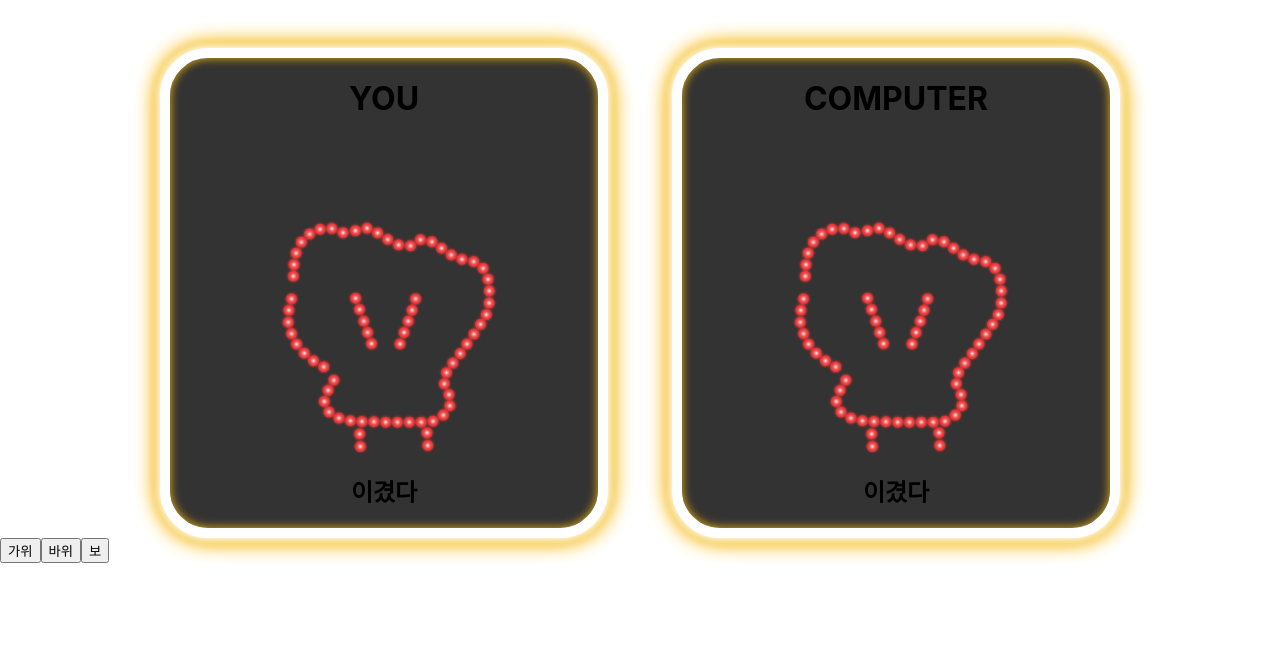
Repository: KIMMIHYE12/classComponent
Page: /
These files come from the project's save history. The page is drawn as it stood at one moment and after the next save; the edit follows.
The browser window is 1280 px wide. The pictures show the whole page.
The project was rebuilt for these pictures with package versions that can differ from the ones it lists, and the page was loaded fresh each time.

Above is the page before, as saved 2024-03-18 21:03:13.

### src/App.js
import "./App.css";
import { Box } from "./component/Box";

function App() {
  return (
    <div className='content'>
      <div className='game_screen'>
        <Box title='YOU' />
        <Box title='COMPUTER' />
      </div>
      <div>
        <button>가위</button>
        <button>바위</button>
        <button>보</button>
      </div>
    </div>
  );
}

export default App;

### src/App.css
* {
  box-sizing: border-box;
}

.content {
  padding: 3em 0;
}
.game_screen {
  width: 100%;
  display: flex;
  justify-content: center;
}
.box {
  width: 35%;
  display: flex;
  align-items: center;
  flex-direction: column;
  margin: 0 2em;
  border: 10px solid #fff;
  background: #333;
  border-radius: 3rem;
  box-shadow: 0 0 10px #fff, 0 0 10px #fff, 0 0 24px #f5b70c, 0 0 16px #f5b70c,
    0 0 24px #f5b70c, inset 0 0 10px #f5b70c;
}
img {
  width: 70%;
}

### src/component/Box.js
import React from "react";

export const Box = (props) => {
  console.log(props);
  return (
    <div className='box'>
      <h1>{props.title}</h1>
      <img src='/images/rock.png' />
      <h2>이겼다</h2>
    </div>
  );
};

Loaded but not shown: public/index.html (common file); src/index.js (common file); src/index.css (common file); src/reportWebVitals.js (common file)

After the next save:
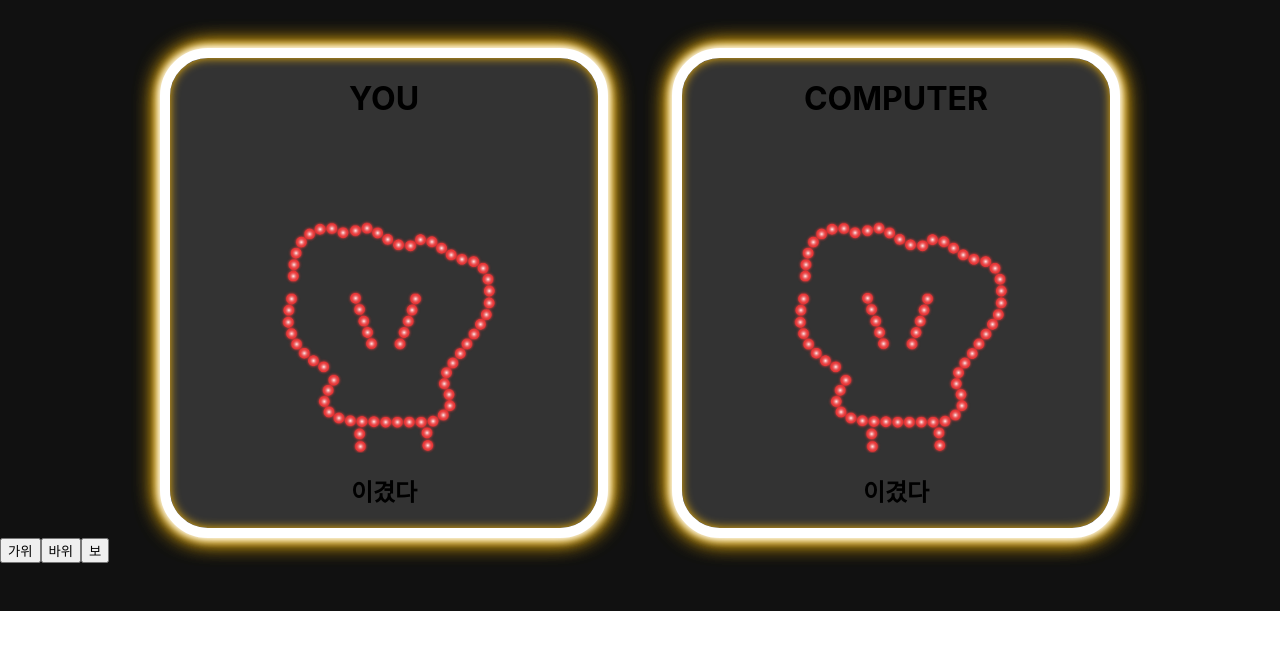
Saved 15 s later.
--- a/src/App.css
+++ b/src/App.css
@@ -4,6 +4,7 @@
 
 .content {
   padding: 3em 0;
+  background-color: #111;
 }
 .game_screen {
   width: 100%;
